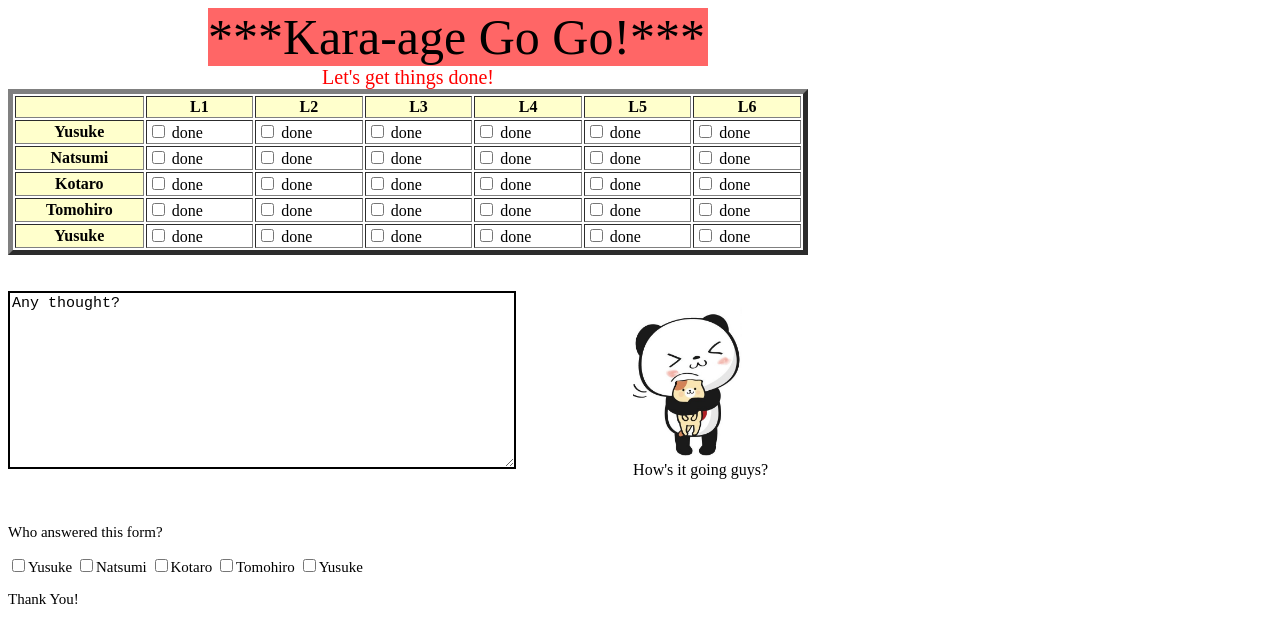
Repository: natsumi-hironaka/micropostsnatsu
Page: tutorials/practice1.html
The author's editor kept a record of every edit. The page is drawn from the files as they stood at one moment, then again after the next edit.
The browser window is 1280 px wide. The pictures show the whole page.

Above is the page before.

After the next edit:
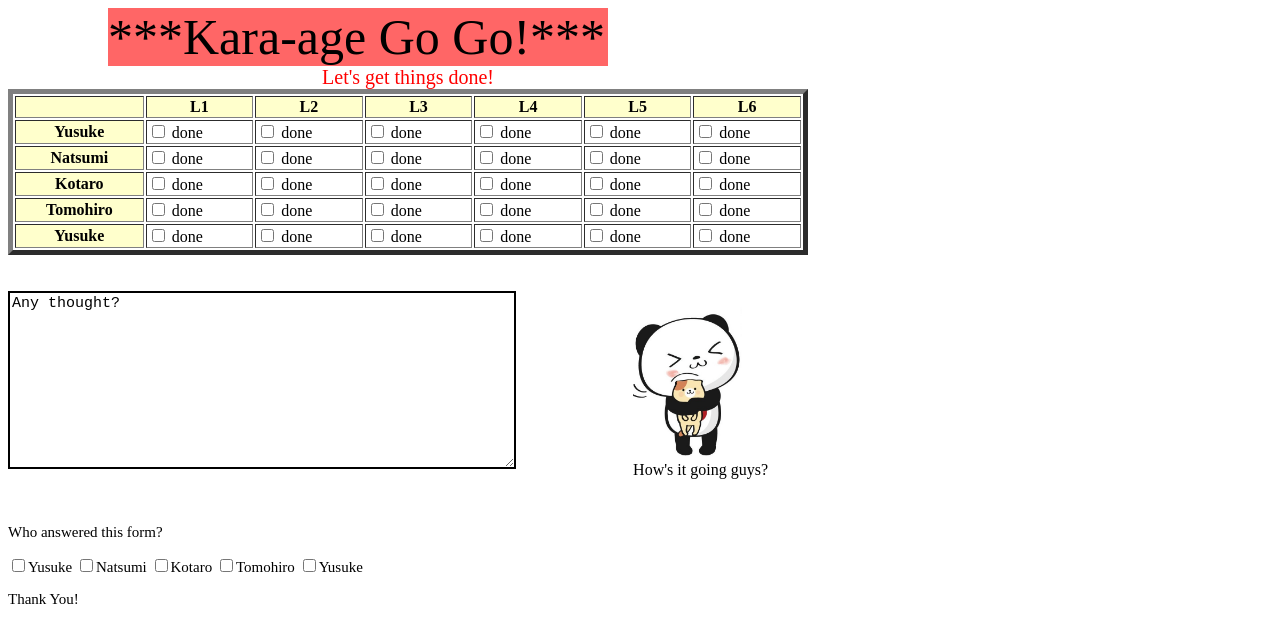
The edit:
--- a/tutorials/practice.css
+++ b/tutorials/practice.css
@@ -42,6 +42,6 @@
     background-color: #ff6666;
     font-size: 50px;
     width:500px;
-    margin-right: auto;
-    margin-left : 200px;
+    margin-right: 100;
+    margin-left : 100px;
 }
